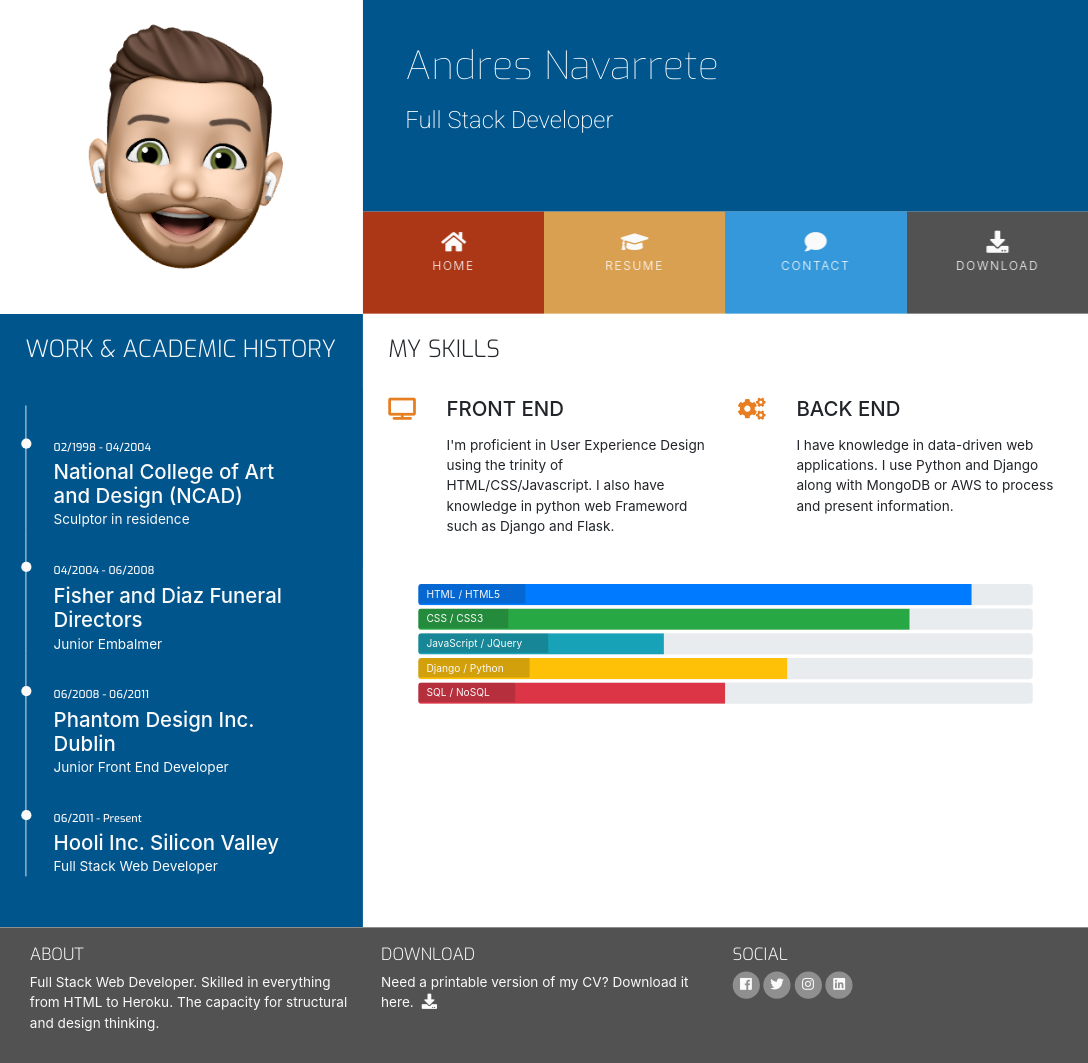
Repository: andna5980/cloud9-workspace
Page: resume.html
An editor plug-in stored every save of this project. The page is shown before and after the next save, followed by the edit.
The browser window is 1280 px wide. The pictures show the whole page, at 85% of full size.
Some web libraries are served in a nearby version.

Above is the page before, as saved 2022-04-24 10:07:56.

### resume.html
<!DOCTYPE html>
<html lang="en">

<head>
    <meta charset="UTF-8">
    <meta name="viewport" content="width=device-width, initial-scale=1.0">
    <link rel="stylesheet" href="https://maxcdn.bootstrapcdn.com/bootstrap/4.2.1/css/bootstrap.min.css"
        type="text/css" />
    <link rel="stylesheet" href="https://use.fontawesome.com/releases/v5.0.10/css/all.css"
        integrity="sha384-+d0P83n9kaQMCwj8F4RJB66tzIwOKmrdb46+porD/OvrJ+37WqIM7UoBtwHO6Nlg" crossorigin="anonymous" />
    <link rel="stylesheet" href="https://cdnjs.cloudflare.com/ajax/libs/hover.css/2.3.1/css/hover-min.css">
    <link rel="stylesheet" href="./resume-project/assets/css/style.css" type="text/css">
    <title>Andy</title>
</head>

<body>
    <header>
        <div class="row no-gutters">
            <a href="index.html" class="col-md-4 logo">

            </a>
            <div class="col-md-8">
                <div class="row no-gutters bg-color-name-title">
                    <div class="col heading">
                        <h1 class="name">Andres Navarrete</h1>
                        <h2 class="title">Full Stack Developer</h2>

                    </div>
                </div>
                <div class="row no-gutters">
                    <div class="col">
                        <ul id="nav" class="list-inline menucontainer">
                            <li class="col-6 col-sm-3 ui-menu-color-home list-inline-item menuitem">
                                <a href="index.html" class="hvr-sweep-to-bottom"><i class="fa fa-home"
                                        aria-hidden="true"></i><span>Home</span></a>
                            </li>
                            <li class="col-6 col-sm-3 ui-menu-color-resume list-inline-item menuitem">
                                <a href="resume.html" class="hvr-sweep-to-bottom"><i class="fa fa-graduation-cap"
                                        aria-hidden="true"></i><span>Resume</span></a>
                            </li>
                            <li class="col-6 col-sm-3 ui-menu-color-contact list-inline-item menuitem">
                                <a href="contact.html" class="hvr-sweep-to-bottom"><i class="fa fa-comment"
                                        aria-hidden="true"></i><span>Contact</span></a>
                            </li>
                            <li class="col-6 col-sm-3 ui-menu-color-download list-inline-item menuitem">
                                <a href="/resume-project/assets/cv/Rodrigo-Andres-Navarrete-cv.pdf" target="_blank" class="hvr-sweep-to-bottom"><i class="fa fa-download"
                                        aria-hidden="true"></i><span>Download</span></a>
                            </li>
                        </ul>
                    </div>
                </div>

            </div>
        </div>

    </header>

    <section class="container-fluid">
        <div class="row">
            <div class="col-md-4 bg-color-work-history section-column">
                <div class="row">
                    <div class="col-12">
                        <h3 class="history-heading uppercase">
                            Work & Academic History
                        </h3>
                    </div>
                </div>
                <div class="history-items">
                    <div class="timeline-item" data-dates="02/1998 - 04/2004">
                        <h4>National College of Art and Design (NCAD)</h4>
                        <p>Sculptor in residence</p>
                    </div>
                    <div class="timeline-item" data-dates="04/2004 - 06/2008">
                        <h4>Fisher and Diaz Funeral Directors</h4>
                        <p>Junior Embalmer</p>
                    </div>
                    <div class="timeline-item" data-dates="06/2008 - 06/2011">
                        <h4>Phantom Design Inc. Dublin</h4>
                        <p>Junior Front End Developer</p>
                    </div>
                    <div class="timeline-item" data-dates="06/2011 - Present">
                        <h4>Hooli Inc. Silicon Valley</h4>
                        <p>Full Stack Web Developer</p>
                    </div>
                </div>
            </div>
            <div class="col-md-8 bg-color-three-reasons section-column">
                <div class="row">
                    <div class="col">
                        <h3 class="section-heading uppercase">My Skills</h3>
                    </div>
                </div>
                <div class="row">
                    <div class="col-10 offser-1 offset-sm-0 col-sm-4 col-md-6">
                        <div class="row">
                            <div class="col-2">
                                <i class="three-reasons-icon fa fa-tv" aria-hidden="true"></i>
                            </div>
                            <div class="col-10">
                                <h4 class="three-reasons-heading uppercase">Front End</h4>
                                <p>
                                    I'm proficient in User Experience Design using the trinity of HTML/CSS/Javascript.
                                    I also have knowledge in python web Frameword such as Django and Flask.
                                </p>
                            </div>
                        </div>
                    </div>
                    <div class="col-10 offser-1 offset-sm-0 col-sm-4 col-md-6">
                        <div class="row">
                            <div class="col-2">
                                <i class="three-reasons-icon fa fa-cogs" aria-hidden="true"></i>
                            </div>
                            <div class="col-10">
                                <h4 class="three-reasons-heading uppercase">Back End</h4>
                                <p>
                                    I have knowledge in data-driven web applications.
                                    I use Python and Django along with MongoDB or AWS to process and present information.
                                </p>
                            </div>
                        </div>
                    </div>

                </div>
                <div class="row progress-section">
                    <div class="col">
                        <div class="progress">
                             <div class="progress-bar" role="progressbar" aria-valuenow="90" aria-valuemin="0" aria-valuemax="100" style="width:90%">
                                <span class="sr-only">90% complete</span>
                             </div>
                             <span class="progress-type">HTML / HTML5</span>
                        </div>
                        <div class="progress">
                             <div class="progress-bar bg-success" role="progressbar" aria-valuenow="80" aria-valuemin="0" aria-valuemax="100" style="width:80%">
                                <span class="sr-only">80% complete</span>
                             </div>
                             <span class="progress-type">CSS / CSS3</span>
                        </div>
                        <div class="progress">
                             <div class="progress-bar bg-info" role="progressbar" aria-valuenow="70" aria-valuemin="0" aria-valuemax="100" style="width:40%">
                                <span class="sr-only">40% complete</span>
                             </div>
                             <span class="progress-type">JavaScript / JQuery</span>
                        </div>
                        <div class="progress">
                             <div class="progress-bar bg-warning" role="progressbar" aria-valuenow="80" aria-valuemin="0" aria-valuemax="100" style="width:60%">
                                <span class="sr-only">60% complete</span>
                             </div>
                             <span class="progress-type">Django / Python</span>
                        </div>
                        <div class="progress">
                             <div class="progress-bar bg-danger" role="progressbar" aria-valuenow="80" aria-valuemin="0" aria-valuemax="100" style="width:50%">
                                <span class="sr-only">50% complete</span>
                             </div>
                             <span class="progress-type">SQL / NoSQL</span>
                        </div>
                    </div>
                </div>
            </div>
        </div>
    </section>



    <footer class="container-fluid">
        <div id="footer-details" class="row">
            <div class="col-sm-4">
                <h5 class="uppercase general-sub">About</h5>
                <p class="inline-block">
                    Full Stack Web Developer. Skilled in everything from HTML to Heroku.
                    The capacity for structural and design thinking.
                </p>
            </div>
            <div class="col-sm-4">
                <h5 class="uppercase general-sub">Download</h5>
                <p class="inline-block">
                    Need a printable version of my CV? Download it here.
                    <a href="./resume-project/assets/cv/Rodrigo-Andres-Navarrete-cv.pdf" target="_blank" class="cv-pdf">
                        <i class="fa fa-download" aria-hidden="true"></i>
                        <span class="sr-only">Download</span>
                    </a>
                </p>

            </div>
            <div class="col-sm-4">
                <h5 class="uppercase general-sub">Social</h5>
                <ul class="list-inline social-links">
                    <li class="list-inline-item">
                        <a target="_blank" href="#">
                            <i class="fab fa-facebook" aria-hidden="true"></i>
                            <span class="sr-only">Facebook</span>
                        </a>
                    </li>
                    <li class="list-inline-item">
                        <a target="_blank" href="#">
                            <i class="fab fa-twitter" aria-hidden="true"></i>
                            <span class="sr-only">Twitter</span>
                        </a>
                    </li>
                    <li class="list-inline-item">
                        <a target="_blank" href="#">
                            <i class="fab fa-instagram" aria-hidden="true"></i>
                            <span class="sr-only">Instagram</span>
                        </a>
                    </li>
                    <li class="list-inline-item">
                        <a target="_blank" href="#">
                            <i class="fab fa-linkedin" aria-hidden="true"></i>
                            <span class="sr-only">LinkedIn</span>
                        </a>
                    </li>
                </ul>
            </div>
        </div>

    </footer>
</body>

</html>

### resume-project/assets/css/style.css
@import url('https://fonts.googleapis.com/css?family=Roboto:100,200,300,400,500,600,700|Exo:100,200,300,400,500,600,700');



/*-------------------------------------------------Colours */

.bg-color-name-title {
    background-color: #00558D;

}

.bg-color-three-reasons {
    background-color: #fff;
}

.bg-color-personal-info {
    background-color: #f4f4f4;
}

.bg-color-work-history {
    background-color: #00558D;
}

bg-color-contact {
    background-color: #fff;
}

.ui-menu-color-home{
    background-color: #AB3717;

}
.ui-menu-color-resume{
    background-color: #DAA052;

}
.ui-menu-color-contact{
    background-color: #3498db;

}
.ui-menu-color-download{
    background-color: #525252;

}

.row-table {
    display: table;
}

.section-column {
    display: table-cell;
    padding: 0 30px 30px;
    float: none;
}

.section-heading {
    font-family: "Exo", sans-serif;
    font-weight: 300;
    margin-top: 25px;
    margin-bottom: 40px;
}
/*-------------------------------------------------Special paddings/margins/text */


h1,h2,h3,h4 {
    margin: 0;
}

.uppercase {
    text-transform: uppercase;
}


.general-sub {
    font-family: "Exo", sans-serif;
    font-weight: 300;
    color: #fafafa;
}

.inline-block {
    display: inline-block;
}

.row-table {
    display: table;
}

.section-column {
    display: table-cell;
    padding: 0 30px 30px;
    float: none;
}

.history-heading,
.section-heading {
    font-family: "Exo", sans-serif;
    font-weight: 300;
    margin-top: 25px;
    margin-bottom: 40px;
}

/*-------------------------------------------------Headings */

header {
    margin: 0;
}

.heading{
    margin-left: 50px;
}

.logo {
    background: url("../images/memoji2.PNG");
    background-position: center;
    background-repeat: no-repeat;
    background-size: cover;
    min-height: 350px;
    transition: all .5s ease-in-out;
    -moz-transition:  all .5s ease-in-out;
    -webkit-transition: all .5s ease-in-out;
}

.name {
    font-family: "Exo", sans-serif;
    font-weight: 100;
    font-size: 46px;
    margin-top: 50px;
    color: #ffffff;
}

.title {
    font-family: "Roboto", sans-serif;
    font-weight: 200;
    font-size: 28px;
    margin-top: 20px;
    margin-bottom: 90px;
    color: #ffffff;
}


.list-inline-item:not(:last-child) {
    margin: 0;
}

.menucontainer {
    font-size: 0;
}

#nav {
    margin: 0;
}

#nav li {
    font-size: 14px;
    padding: 0;
}

.menuitem {
    height: 120px;
    text-align: center;
    padding: 0;

}

.menuitem a {
    width: 100%;
    text-decoration: none;
    color: #ffffff;
    height: 120px;
}

.menuitem a i{
    padding-top: 22px;
    display: block;
    color: #fafafa;
    font-size: 26px;

}

.menuitem span {
    display: block;
    width: 100%;
    padding-top: 5px;
    text-align: center;
    text-transform: uppercase;
    font-size: 14px;
    font-weight: 300;
    letter-spacing: 2px;
}

/*-------------------------------------------------Hover.css */

.hvr-sweep-to-bottom:before {
    background: rgba(0, 0, 0, 0.2);
    height: 120px;
}


/*-------------------------------------------------Footer */

footer {
    background-color: #525252;
    color: #fafafa;
    min-height: 120px;
    margin: 0;
}

.cv-pdf i {
    font-size: 18px;
    color: #fafafa;
    text-align: center;
    padding-left: 5px;
    transition: all 0.35s ease-in-out;
    -moz-transition: all 0.35s ease-in-out;
    -webkit-transition: all 0.35s ease-in-out;
    -o-transition: all 0.35s ease-in-out;
}

.cv-pdf i:hover {
    color: #e84610;
}

.social-links {
    padding-bottom: 15px;
}

.social-links li a i {
    width: 32px;
    height: 32px;
    padding: 12px 0;
    border-radius: 50%;
    line-height: 7px;
    text-align: center;
    color: #fafafa;
    background: #8f8f8f;
    transition: all 0.35s ease-in-out;
    -moz-transition: all 0.35s ease-in-out;
    -webkit-transition: all 0.35s ease-in-out;
    -o-transition: all 0.35s ease-in-out;
}

.social-links li a i:hover {
    background: #e84610;
}

#footer-details {
    padding: 20px;
}


/*-------------------------------------------------Three reasons */


.three-reasons-icon {
    font-size: 26px;
    color: #e67e22;
}

.three-reasons-heading {
    margin-bottom: 15px;

}

/* ----------------------------------------Personal Info */

.personal-info-item {
    margin-bottom: 20px;
    display: block;
    clear: both;
}

.personal-info-item .key,
.personal-info-item .value {
    padding-right: 8px;
    display: inline-block;
}

.personal-info-item .key p,
.personal-info-item .value p {
    margin: 0;
}

.personal-info-item .key {
    width: 30%;
    margin-right: 21px;
    padding-top: 2px;
    vertical-align: top;
}

.personal-info-item .key p {
    font-weight: 700;
}

.personal-info-item .value {
    position: relative;
    width: 60%;
}


/* ----------------------------------------Skills */

.progress {
    position: relative;
    height: 25px;
    margin-bottom: 4px;
}

.progress-type {
    position: absolute;
    left: 0px;
    font-weight: 400;
    padding: 3px 30px 2px 10px;
    color: #fafafa;
    background-color: rgba(25, 25, 25, 0.2);
}

.progress-section {
    margin: 40px 20px;
}


/* ----------------------------------------Work History */

.history-heading {
    color: #fafafa;
    margin-bottom: 50px;
}

.timeline-item {
    padding: 4em 2em 0em 2em;
    position: relative;
    color: #fafafa;
    border-left: 1px solid;
}

.timeline-item p {
    padding: 0;
    margin: 0;
}

.timeline-item:before {
    content: attr(data-dates);
    position: absolute;
    left: 2.5em;
    top: 3em;
    display: block;
    font-family: "Exo", sans-serif;
    font-weight: 500;
    font-size: 0.8em;
    padding: 0;
    margin: 0;
}

.timeline-item:after {
    width: 12px;
    height: 12px;
    display: block;
    top: 2.4em;
    position: absolute;
    left: -6px;
    border-radius: 12px;
    content: '';
    background: #fafafa;
}

.history-items {
    margin-bottom: 30px;
}


/* ----------------------------------------Contact Form */

.contact-heading {
    font-family: "Exo", sans-serif;
    font-weight: 300;
    margin-top: 25px;
    margin-bottom: 20px;
}

.center-form {
    padding-top: 10px;
    margin: 0 auto;
    max-width: 70%;
}

button[type="submit"] {
    margin-top: 15px;
    margin-bottom: 20px;
    color: #fafafa;
    background-color: #e84610;
}

/* ----------------------------------------Media Queries */

@media(min-width: 992px) {
    center-form {
        padding-top: 30px;
        min-height: 240px;
        margin: 0 auto;
        max-width: 50%;
    }
}

After the next save:
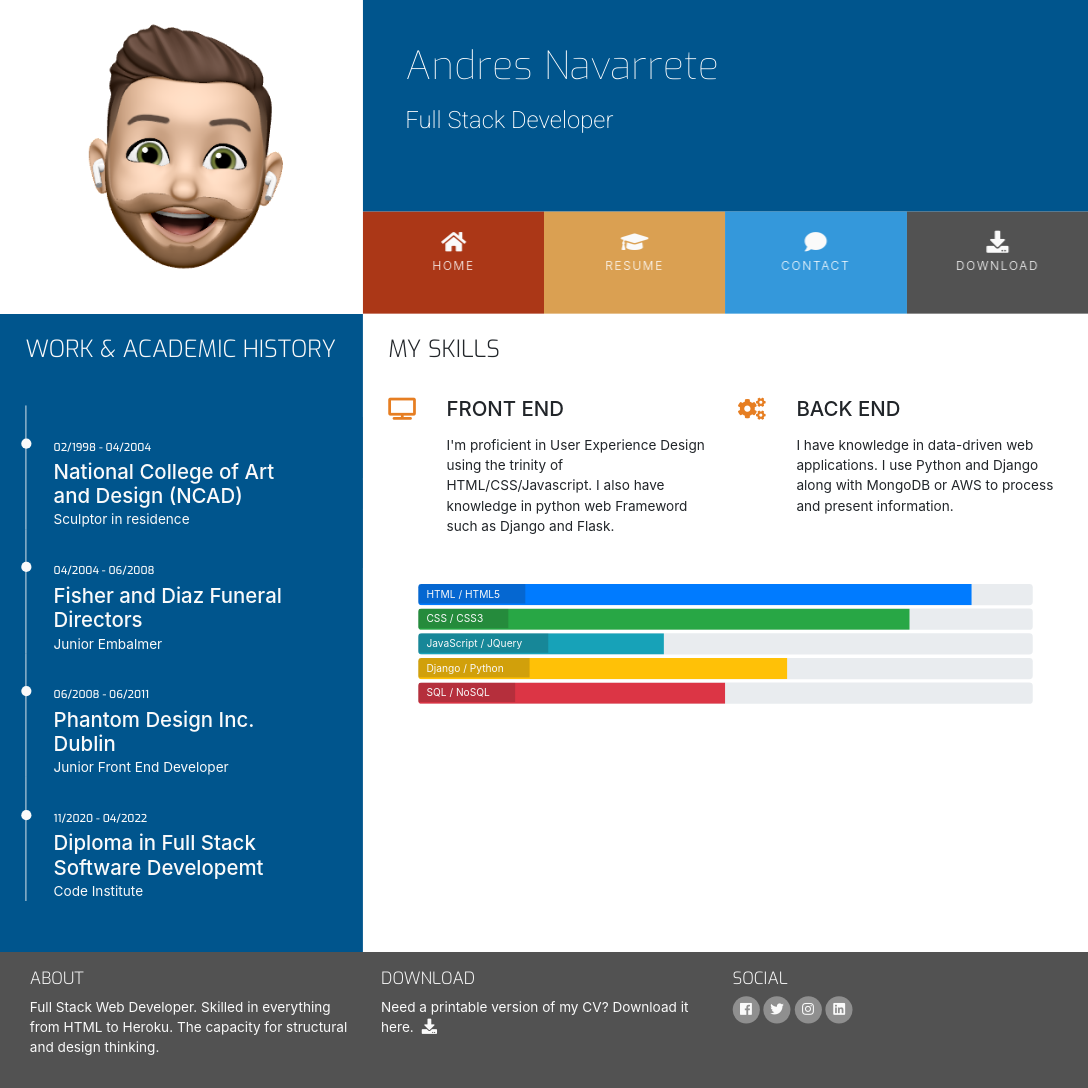
Saved 7 min 1 s later.
--- a/resume.html
+++ b/resume.html
@@ -78,9 +78,9 @@
                         <h4>Phantom Design Inc. Dublin</h4>
                         <p>Junior Front End Developer</p>
                     </div>
-                    <div class="timeline-item" data-dates="06/2011 - Present">
-                        <h4>Hooli Inc. Silicon Valley</h4>
-                        <p>Full Stack Web Developer</p>
+                    <div class="timeline-item" data-dates="11/2020 - 04/2022">
+                        <h4>Diploma in Full Stack Software Developemt</h4>
+                        <p>Code Institute</p>
                     </div>
                 </div>
             </div>
